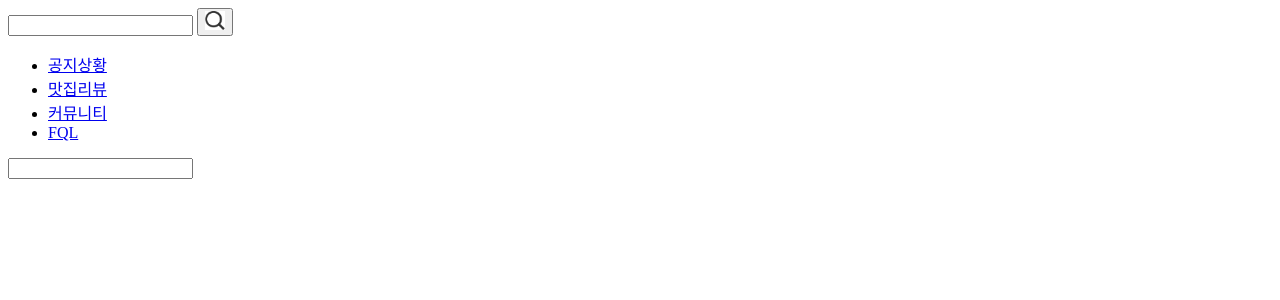
Repository: cally91/VegetLife
Page: http://localhost/VegetLife/
An editor plug-in stored every save of this project. The page is shown before and after the next save, followed by the edit.
The browser window is 1280 px wide. The pictures show the whole page.
The page is served by Tomcat 9. Other server files are loaded and not shown.

Above is the page before, as saved 2019-07-10 03:37:58.

### VegetLife/src/main/webapp/WEB-INF/views/home.jsp
<%@ page language="java" contentType="text/html; charset=UTF-8"
    pageEncoding="UTF-8"%>
<!DOCTYPE html>
<html>
<head>
<meta charset="UTF-8">
<title>Insert title here</title>

</head>
<body>

	<form>
	<input type="text"name="m_text"id="m_texr">
	<button><img src="${pageContext.request.contextPath}/resources/image/images.png"  class="img1" width="20px" ></img></button>
	</form>
	<ul>
		<li><a href="#">공지상황</a></li>
		<li><a href="#">맛집리뷰</li>
		<li><a href="#">커뮤니티</li>
		<li><a href="#">FQL</li>
	</ul>
	<label for="m_name"></label>
	<input type="text"name="m_name"id="m_name">
</body>
</html>

After the next save:
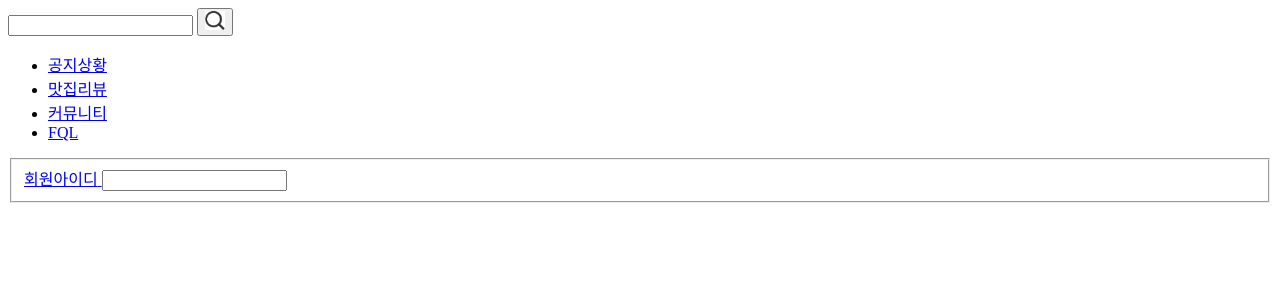
Saved 40 s later.
--- a/VegetLife/src/main/webapp/WEB-INF/views/home.jsp
+++ b/VegetLife/src/main/webapp/WEB-INF/views/home.jsp
@@ -19,7 +19,9 @@
 		<li><a href="#">커뮤니티</li>
 		<li><a href="#">FQL</li>
 	</ul>
-	<label for="m_name"></label>
+	<fieldset>
+	<label for="m_name">회원아이디</label>
 	<input type="text"name="m_name"id="m_name">
+	</fieldset>
 </body>
 </html>
